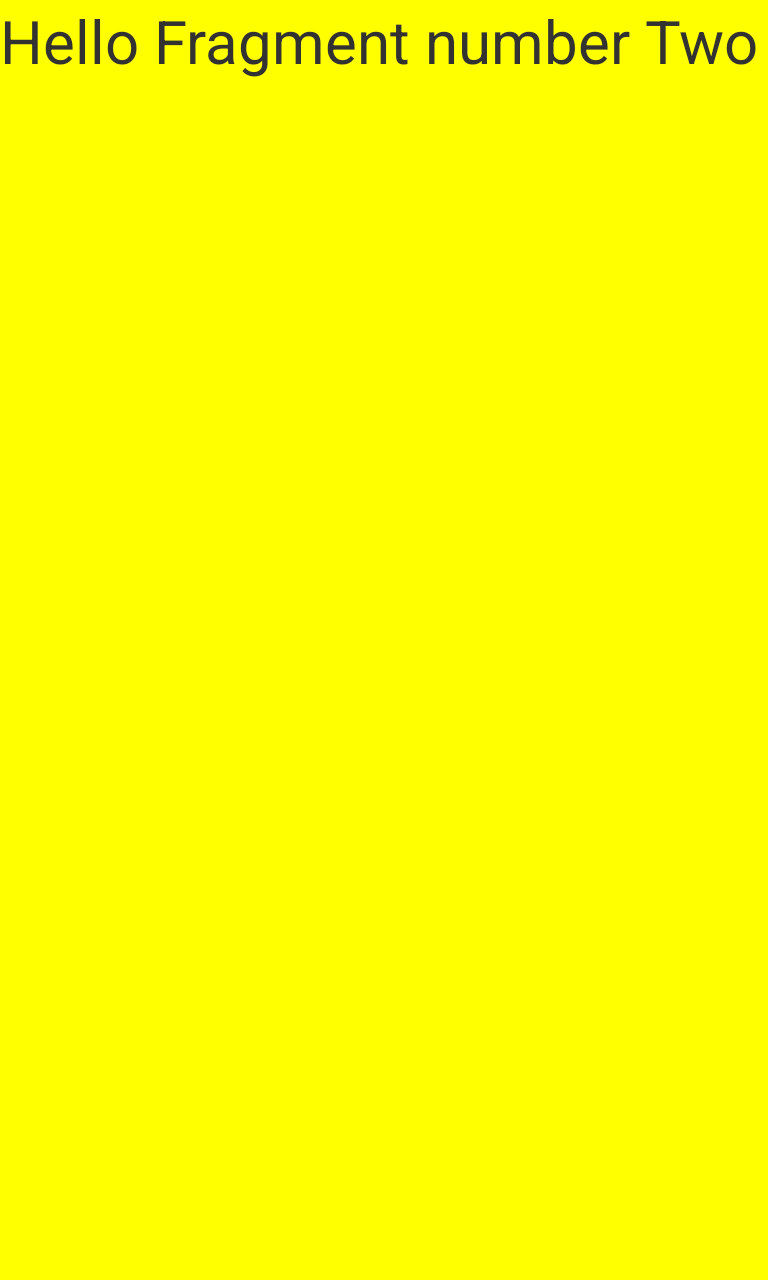
Repository: yashmoda/Android-Practice
Layout: FragmentExample1/res/layout/fragment_fragment_two.xml
The author's editor kept a copy of each file at every save. The layout is drawn from the files as they stood at one save, then again after the next save.
It is drawn on a 768 x 1280 px phone screen (xhdpi) without system bars, with theme AppTheme; the app's code is not run.

Above is the layout before, as saved 2017-06-14 06:24:49.

After the next save:
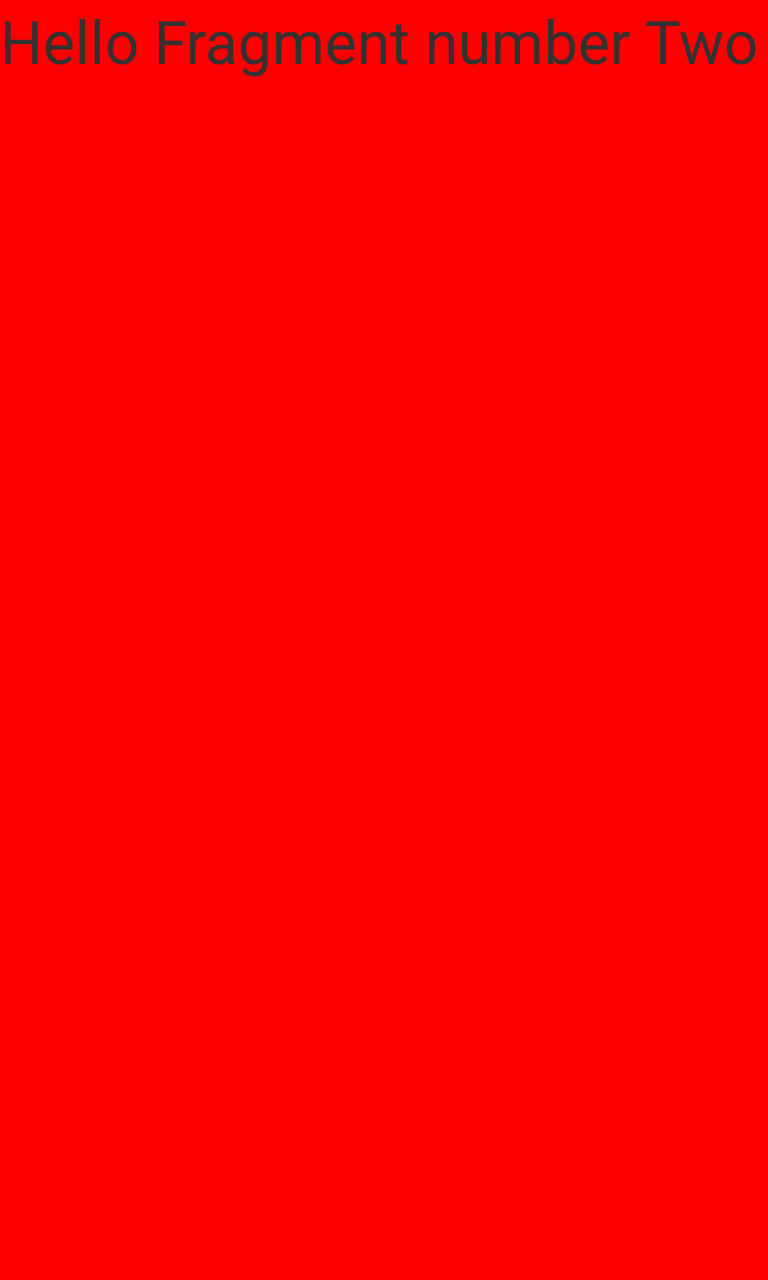
Saved 17 s later.
--- a/FragmentExample1/res/layout/fragment_fragment_two.xml
+++ b/FragmentExample1/res/layout/fragment_fragment_two.xml
@@ -2,7 +2,7 @@
 <FrameLayout xmlns:android="http://schemas.android.com/apk/res/android"
     android:layout_width="match_parent"
     android:layout_height="match_parent"
-     android:background="#ffff00">
+     android:background="#ff0000">
 
     <TextView
         android:id="@+id/textView1"
